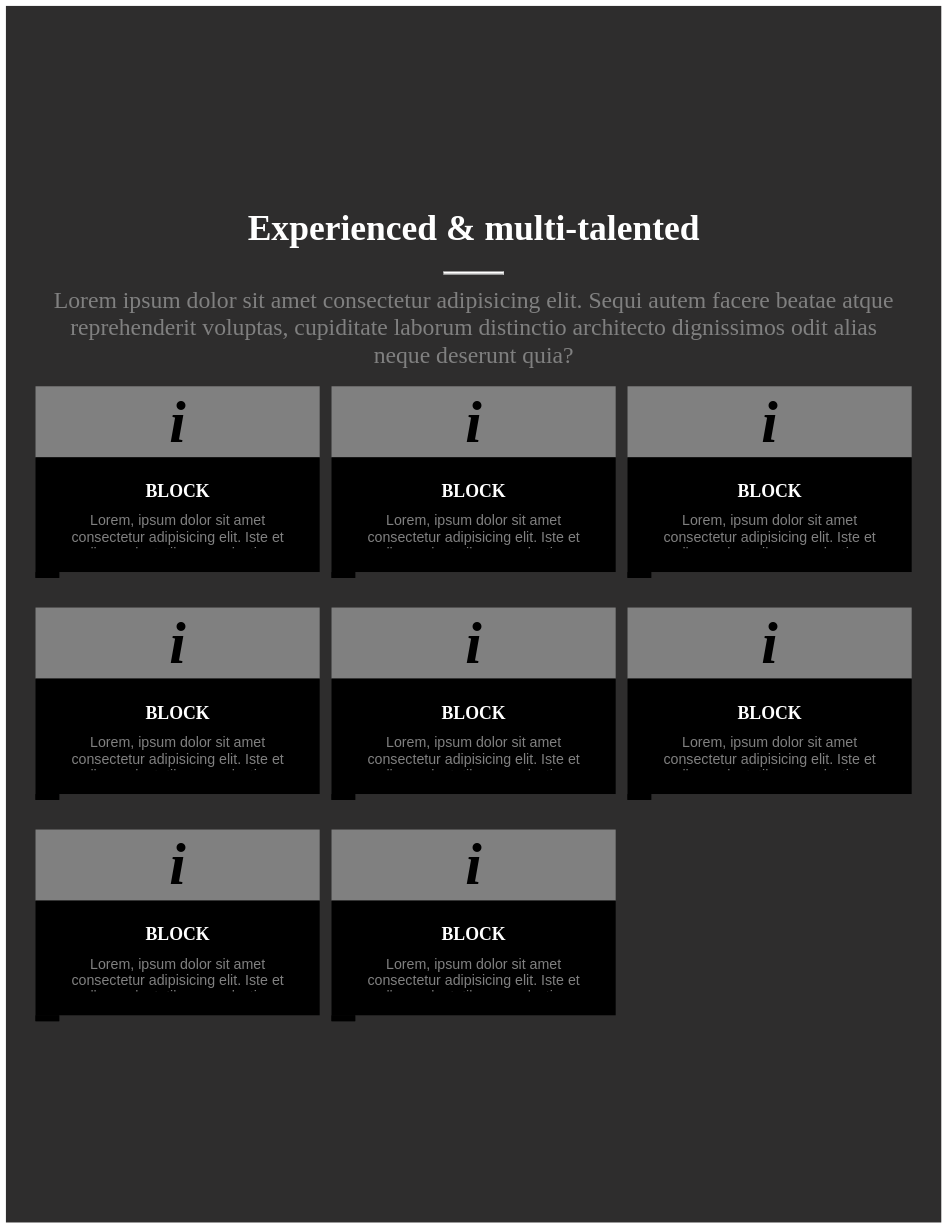
Repository: MohmdMHR/limesharp-test
Page: /
The author's editor kept a copy of each file at every save. The page is drawn from the files as they stood at one save, then again after the next save.
The browser window is 1280 px wide. The pictures show the whole page, at 74% of full size.
The project was rebuilt for these pictures with package versions that can differ from the ones it lists, and the page was loaded fresh each time. Also part of the build but not shown: vue.config.js.

Above is the page before, as saved 2022-07-20 18:03:06.

After the next save:
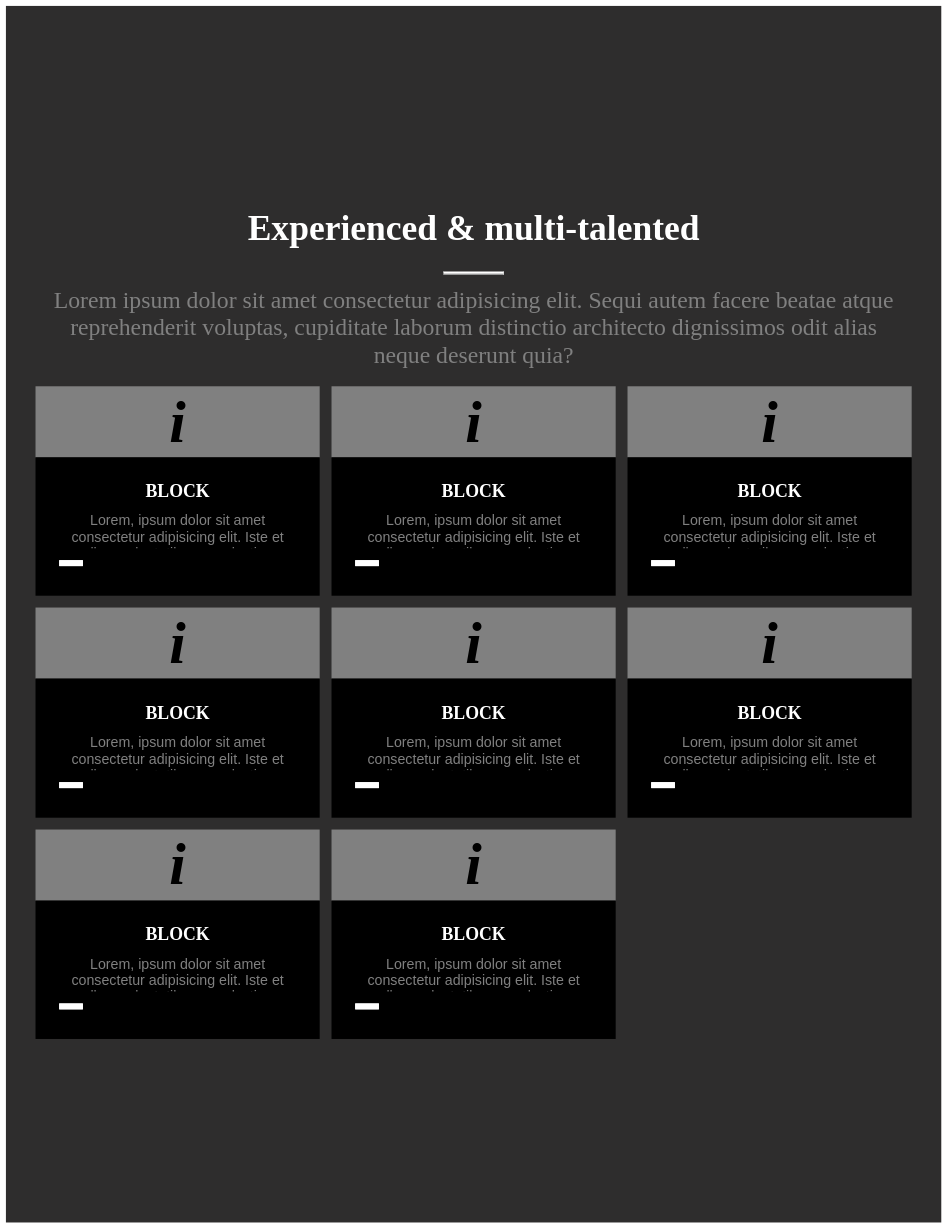
Saved 3 min 22 s later.
--- a/src/components/card.vue
+++ b/src/components/card.vue
@@ -7,13 +7,12 @@
         Lorem, ipsum dolor sit amet consectetur adipisicing elit. Iste et ullam
         voluptatibus a molestiae deleniti necessitatibus dolor.
       </p>
+      <div
+        class="card-btn"
+        :class="{ toggled: collapsed }"
+        @click="collapse()"
+      ></div>
     </div>
-
-    <div
-      class="card-btn"
-      :class="{ toggled: collapsed }"
-      @click="collapse()"
-    ></div>
   </div>
 </template>
 
@@ -89,7 +88,7 @@ export default {
   width: 2rem;
   &:before,
   &:after {
-    background: black;
+    background: white;
     content: "";
     height: 0.5rem;
     left: 0;
